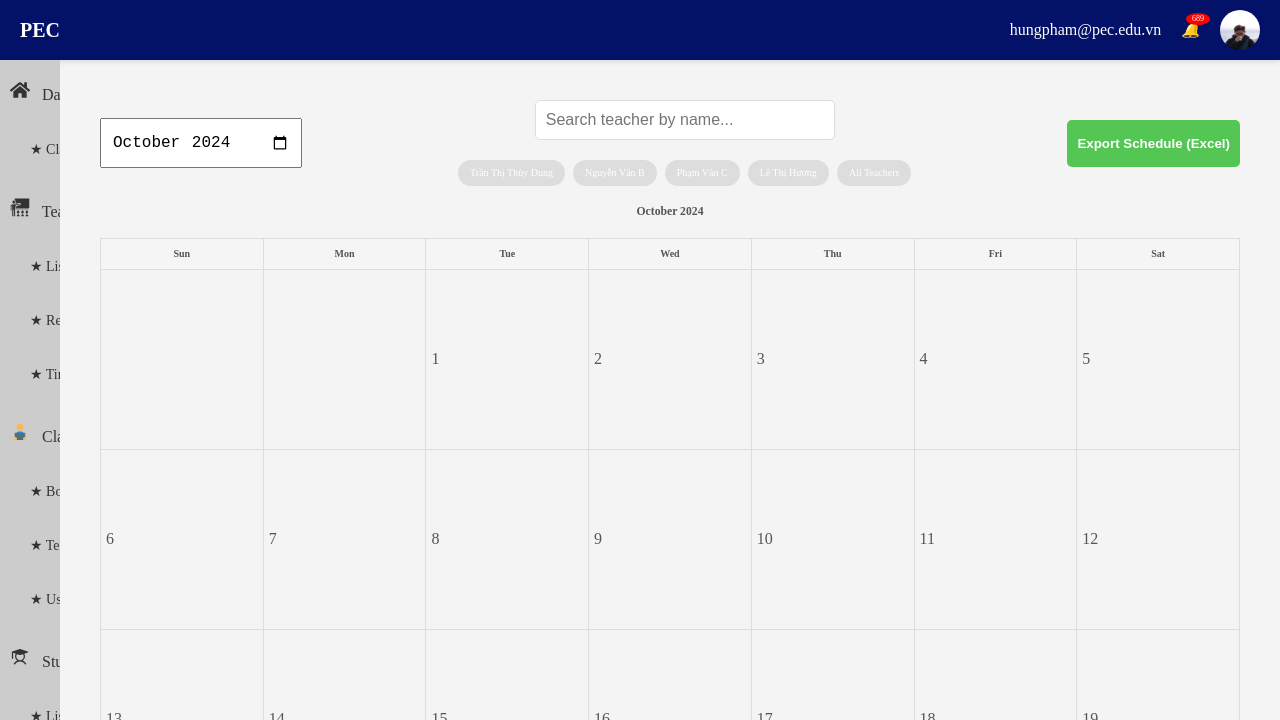
Repository: BitDanceLabels/Bumblebee_BDG
Page: /class-schedule
These files come from the project's save history. The page is drawn as it stood at one moment and after the next save; the edit follows.
The browser window is 1280 px wide. The pictures show the whole page.
An inner scrolling area shows only its first screen. The project was rebuilt for these pictures with package versions that can differ from the ones it lists, and the page was loaded fresh each time. Also part of the build but not shown: vite.config.js, src/components/Dashboard/ScheduleStyle.jsx, src/shared/functions.jsx, src/components/Dashboard/ScheduleComponent.jsx, src/components/modal/ClassBookingModal.jsx, src/components/modal/ClassUpdateBookingModal.jsx, src/components/Management/Booking.jsx, src/components/modal/CreateStudentModal.jsx and 25 more.

Above is the page before, as saved 2024-10-09 08:51:31.

### index.html
<!DOCTYPE html>
<html lang="en">
  <head>
    <meta charset="UTF-8" />
    <link rel="icon" type="image/png" href="./src/assets/main_logo.png" />
    <meta name="viewport" content="width=device-width, initial-scale=1.0" />
    <title>Power English CRM</title>
  </head>
  <body>
    <div id="root"></div>
    <script type="module" src="/src/main.jsx"></script>
  </body>
</html>

### src/main.jsx
import { StrictMode } from 'react'
import { createRoot } from 'react-dom/client'
import MainApp from './pages/MainApp.jsx'
import App from './App.jsx'
import './index.css'

createRoot(document.getElementById('root')).render(
  <StrictMode>
    <MainApp />
  </StrictMode>
)

### src/pages/MainApp.jsx
import React, { useState } from 'react'
import Header from '../components/General/Header'
import Navbar from '../components/General/Navbar'
import ScheduleComponent from '../components/Dashboard/ScheduleComponent'
import ClassScheduleMonthly from '../components/Dashboard/ClassScheduleMonthly'
import Booking from '../components/Management/Booking'
import ListOfStudent from '../components/Student/ListOfStudent'
import ListOfTeacher from '../components/Teacher/ListOfTeacher'
import { BrowserRouter as Router, Route, Routes } from 'react-router-dom'
import styled from 'styled-components'
import TeacherTabs from '../components/Teacher/TeacherTabs'
import StudentProfile from '../components/Student/StudentProfile'
import TeacherRegisterTimeTable from '../components/Teacher/TeacherRegisterTimeTable'
import TeacherTimeTable from '../components/Teacher/TeacherTimeTable'
import CourseInfo from '../components/Student/CourseInfo'
import TicketTabs from '../components/Management/TicketTabs'
import Users from '../components/Management/Users'

function MainApp() {
  const [isHovered, setIsHovered] = useState(false)

  return (
    <Router>
      <MainAppWrapper>
        <HeaderWrapper>
          <Header />
        </HeaderWrapper>
        <div className="main-layout">
          {/* Truyền setIsHovered để cập nhật trạng thái */}
          <NavbarWrapper
            onMouseEnter={() => setIsHovered(true)}
            onMouseLeave={() => setIsHovered(false)}
            isHovered={isHovered}
          >
            {/* Truyền trạng thái isHovered vào Navbar */}
            <Navbar isHovered={isHovered} />
          </NavbarWrapper>
          <ContentWrapper isHovered={isHovered}>
            <Routes>
              <Route path="/classes" element={<ScheduleComponent />} />
              <Route
                path="/class-schedule"
                element={<ClassScheduleMonthly />}
              />
              <Route path="/booking" element={<Booking />} />
              <Route path="/students" element={<ListOfStudent />} />
              <Route path="/teacher" element={<ListOfTeacher />} />
              <Route path="/teacher-profile" element={<TeacherTabs />} />
              <Route path="/student-profile" element={<StudentProfile />} />
              <Route path="/teacher-timetable" element={<TeacherTimeTable />} />
              <Route path="/course-info" element={<CourseInfo />} />
              <Route path="/ticket" element={<TicketTabs />} />
              <Route path="/users" element={<Users />} />
              <Route
                path="/teacher-register"
                element={<TeacherRegisterTimeTable />}
              />
              {/* Add more routes as needed */}
            </Routes>
          </ContentWrapper>
        </div>
      </MainAppWrapper>
    </Router>
  )
}

const MainAppWrapper = styled.main`
  width: 100%;
  display: flex;
  flex-direction: column;
  height: 100vh;

  .main-layout {
    display: flex;
    flex-grow: 1;
  }
`

const HeaderWrapper = styled.header`
  position: fixed;
  top: 0;
  width: 100%;
  z-index: 1000;
  background-color: white;
  box-shadow: 0 2px 5px rgba(0, 0, 0, 0.1);
`

const NavbarWrapper = styled.nav`
  position: fixed;
  top: 60px;
  left: 0;
  height: calc(100vh - 60px);
  width: ${({ isHovered }) => (isHovered ? '250px' : '60px')};
  background-color: #ccc;
  color: white;
  z-index: 1000;
  overflow-y: auto;
  overflow-x: hidden;
  transition: width 0.3s ease, transform 0.3s ease;

  &:hover {
    transform: translateX(0);
  }
`

const ContentWrapper = styled.div`
  margin-top: 60px;
  margin-left: ${({ isHovered }) =>
    isHovered ? '250px' : '60px'}; /* Thay đổi margin khi hover */
  padding: 20px;
  flex-grow: 1;
  background-color: #f4f4f4;
  min-height: 100%;
  overflow-y: auto;
  transition: margin-left 0.3s ease;
`

export default MainApp

### src/index.css
/*
--- 01 TYPOGRAPHY SYSTEM

- Font sizes (px)
10 / 12 / 14 / 16 / 18 / 20 / 24 / 30 / 36 / 44 / 52 / 62 / 74 / 86 / 98
h2: 3.6rem
h3: 2.4rem
p: 1.8rem

- Font weights
Default: 400
Medium: 500
Semi-bold: 600
Bold: 700

- Line heights
Default: 1
Small: 1.05
Medium: 1.2
Paragraph default: 1.6
Large: 1.8

- Letter spacing
-0.5px
0.75px


--- 05 SHADOWS

0 2.4rem 4.8rem rgba(0, 0, 0, 0.075);

--- 06 BORDER-RADIUS

Default: 9px
Medium: 11px

--- 07 WHITESPACE

- Spacing system (px)
2 / 4 / 8 / 12 / 16 / 24 / 32 / 48 / 64 / 80 / 96 / 128
*/

/* google font */
@import url('https://fonts.googleapis.com/css2?family=Rubik:wght@400;500;600;700&display=swap');
* {
  padding: 0;
  margin: 0;
  box-sizing: border-box;
}

html {
  /* font-size: 10px; */

  /* 10px / 16px = 0.625 = 62.5% */
  /* Percentage of user's browser font-size setting */
  font-size: 62.5%;
  overflow-x: hidden;

  /* Does NOT work on Safari */
  scroll-behavior: smooth;
}

body {
  font-family: 'Times New Roman', Times, serif;
  line-height: 1;
  font-weight: 400;
  color: #555;
  /* background-color: #f9f9f9; */
  background-color: #f1f3f5;

  /* Only works if there is nothing absolutely positioned in relation to body */
  overflow-x: hidden;
}

/**************************/
/* GENRAL REUSABLE COMPONENTS */
/**************************/

/* container */
.container {
  max-width: 1200px;
  margin: 0 auto;
  padding: 0 1.8rem;
}

@media screen and (min-width: 768px) {
  .container {
    padding: 0 3.4rem;
  }
}

@media screen and (min-width: 1400px) {
  .container {
    padding: 0 1rem;
  }
}

.grid {
  display: grid;
  column-gap: 6.4rem;
  row-gap: 9.6rem;

  /* margin-bottom: 9.6rem; */
}

.flex {
  display: flex;
  align-items: center;
}

/* .grid:last-child {
    margin-bottom: 0;
  } */

.grid:not(:last-child) {
  margin-bottom: 9.6rem;
}

.grid--2-cols {
  grid-template-columns: repeat(2, 1fr);
}

.grid--3-cols {
  grid-template-columns: repeat(3, 1fr);
}

.grid--4-cols {
  grid-template-columns: repeat(4, 1fr);
}

/* .grid--5-cols {
    grid-template-columns: repeat(5, 1fr);
  } */

.grid--center-v {
  align-items: center;
}

.white-space-large {
  margin-bottom: 12.8rem;
}

.white-space-medium {
  margin-bottom: 9.6rem;
}

.white-space-medium--top {
  margin-top: 9.6rem;
}

.white-space-small {
  margin-bottom: 6.4rem;
}

.white-space-small--top {
  margin-top: 6.4rem;
}

/* .heading-primary,
.heading-secondary,
.heading-tertiary {
  font-weight: 700;
  color: #333;
  letter-spacing: -0.5px;
}

.heading-primary {
  font-size: 5.2rem;
  line-height: 1.05;
  margin-bottom: 3.2rem;
}

.heading-secondary {
  font-size: 4.4rem;
  line-height: 1.2;
  margin-bottom: 9.6rem;
}

.heading-tertiary {
  font-size: 3rem;
  line-height: 1.2;
  margin-bottom: 3.2rem;
}

.subheading {
  display: block;
  font-size: 1.6rem;
  font-weight: 500;
  color: #1971c2;
  text-transform: uppercase;
  margin-bottom: 1.6rem;
  letter-spacing: 0.75px;
} */
/*
.btn,
.btn:link,
.btn:visited {
  display: inline-block;

  text-decoration: none;
  font-size: 2rem;
  font-weight: 600;
  padding: 1.6rem 3.2rem;
  border-radius: 9px;

  border: none;
  cursor: pointer;
  font-family: inherit;
  transition: all 0.3s;
}

.btn--full:link,
.btn--full:visited {
  background-color: #1971c2;
  color: #fff;
}

.btn--full:hover,
.btn--full:active {
  background-color: #1971c2;
}

.btn--outline:link,
.btn--outline:visited {
  background-color: #fff;
  color: #555;
}

.btn--outline:hover,
.btn--outline:active {
  background-color: #fdf2e9;
  box-shadow: inset 0 0 0 3px #fff;
}

.btn--form {
  background-color: #45260a;
  color: #fdf2e9;
  align-self: end;
  padding: 1.2rem;
}

.btn--form:hover {
  background-color: #fff;
  color: #555;
}
*/
/* .link:link,
.link:visited {
  display: inline-block;
  color: #1971c2;
  text-decoration: none;
  border-bottom: 1px solid currentColor;
  padding-bottom: 2px;
  transition: all 0.3s;
}

.link:hover,
.link:active {
  color: #1971c2;
  border-bottom: 1px solid transparent;
}

.list {
  list-style: none;
  display: flex;
  flex-direction: column;
  gap: 1.6rem;
}

.list-item {
  font-size: 1.8rem;
  display: flex;
  align-items: center;
  gap: 1.6rem;
  line-height: 1.2;
}

.list-icon {
  width: 3rem;
  height: 3rem;
  color: #1971c2;
} */

/**/
/* *:focus {
  outline: none;
  box-shadow: 0 0 0 0.3rem #1971c2;
} */

/* HELPER/SETTINGS CLASSES */
.margin-right-sm {
  margin-right: 1.6rem !important;
}

.margin-bottom-md {
  margin-bottom: 4.8rem !important;
}

.center-text {
  text-align: center;
}

strong {
  font-weight: 500;
}

### src/components/General/Header.jsx
import React, { useState, useEffect, useRef } from 'react'
import avt from '../../assets/avt.jpg'
import styled from 'styled-components'
import { CiSettings } from 'react-icons/ci'
import { FaUserCircle } from 'react-icons/fa'
import { MdDarkMode } from 'react-icons/md'
import { IoLogOutOutline } from 'react-icons/io5'

const Header = () => {
  const [isModalOpen, setIsModalOpen] = useState(false)
  const [isDarkMode, setIsDarkMode] = useState(false)
  const modalRef = useRef(null)

  const toggleModal = () => {
    setIsModalOpen(!isModalOpen)
  }

  const toggleDarkMode = () => {
    setIsDarkMode(!isDarkMode)
  }

  useEffect(() => {
    const handleClickOutside = (event) => {
      if (modalRef.current && !modalRef.current.contains(event.target)) {
        setIsModalOpen(false)
      }
    }

    document.addEventListener('mousedown', handleClickOutside)
    return () => {
      document.removeEventListener('mousedown', handleClickOutside)
    }
  }, [modalRef])

  return (
    <HeaderWrapper>
      <header className="header">
        <div className="header-left">
          <h1>PEC</h1>
        </div>
        <div className="header-right">
          <span className="account-email">hungpham@pec.edu.vn</span>
          <div className="notification">
            <i className="bell-icon">🔔</i>
            <span className="notification-count">689</span>
          </div>
          <img
            src={avt}
            alt="avatar"
            className="avatar"
            onClick={toggleModal}
          />
          {isModalOpen && (
            <div className="modal" ref={modalRef}>
              <ul>
                <li>
                  <SettingWrapper>
                    <CiSettings fontSize={20} />
                    <TextCustom>Account Settings</TextCustom>
                  </SettingWrapper>
                </li>
                <li>
                  <SettingWrapper>
                    <FaUserCircle fontSize={20} />
                    <TextCustom>Role: Admin</TextCustom>
                  </SettingWrapper>
                </li>
                <li>
                  <SettingWrapper>
                    <MdDarkMode fontSize={20} />
                    <TextCustom>Mode</TextCustom>
                    <ToggleSwitch>
                      <input
                        type="checkbox"
                        checked={isDarkMode}
                        onChange={toggleDarkMode}
                      />
                      <Slider />
                    </ToggleSwitch>
                  </SettingWrapper>
                </li>
                <li>
                  <SettingWrapper>
                    <IoLogOutOutline fontSize={20} />
                    <TextCustom>Logout</TextCustom>
                  </SettingWrapper>
                </li>
              </ul>
            </div>
          )}
        </div>
      </header>
    </HeaderWrapper>
  )
}

const HeaderWrapper = styled.header`
  .header {
    background-color: #041168;
    color: white;
    display: flex;
    justify-content: space-between;
    align-items: center;
    padding: 10px 20px;
  }

  .header-left h1 {
    margin: 0;
    font-size: 2rem;
  }

  .header-right {
    display: flex;
    align-items: center;
    position: relative;
  }

  .account-email {
    margin-right: 20px;
    font-size: 1.6rem;
  }

  .notification {
    position: relative;
    margin-right: 20px;
  }

  .bell-icon {
    font-size: 1.5em;
    cursor: pointer;
  }

  .notification-count {
    position: absolute;
    top: -10px;
    right: -10px;
    background-color: red;
    color: white;
    border-radius: 50%;
    padding: 2px 6px;
    font-size: 0.8em;
  }

  .avatar {
    width: 40px;
    height: 40px;
    border-radius: 50%;
    cursor: pointer;
  }

  .modal {
    position: absolute;
    top: 50px;
    right: 0;
    background-color: white;
    color: black;
    box-shadow: 0 4px 8px rgba(0, 0, 0, 0.1);
    border-radius: 5px;
    padding: 10px;
    z-index: 10;
    font-size: 16px;

    ul {
      list-style: none;
      margin: 0;
      padding: 0;
    }

    li {
      padding: 10px 20px;
      cursor: pointer;
      border-bottom: 1px solid #ccc;

      &:hover {
        background-color: #f0f0f0;
      }
    }
  }
`

const SettingWrapper = styled.div`
  display: flex;
  align-items: center;
`

const TextCustom = styled.span`
  margin-left: 10px;
`

const ToggleSwitch = styled.label`
  position: relative;
  display: inline-block;
  width: 40px;
  height: 20px;
  margin-left: 10px;

  input {
    opacity: 0;
    width: 0;
    height: 0;
  }
`

const Slider = styled.span`
  position: absolute;
  cursor: pointer;
  top: 0;
  left: 0;
  right: 0;
  bottom: 0;
  background-color: #ccc;
  transition: 0.4s;
  border-radius: 34px;

  &:before {
    position: absolute;
    content: '';
    height: 16px;
    width: 16px;
    left: 4px;
    bottom: 2px;
    background-color: white;
    transition: 0.4s;
    border-radius: 50%;
  }

  input:checked + & {
    background-color: #2d2e83;
  }

  input:checked + &:before {
    transform: translateX(20px);
  }
`

export default Header

### src/components/General/Navbar.jsx
import React, { useState } from 'react'
import styled from 'styled-components'
import { FaHome } from 'react-icons/fa'
import { GiTeacher } from 'react-icons/gi'
import { FcReadingEbook } from 'react-icons/fc'
import { Link } from 'react-router-dom'
import { PiStudentFill } from 'react-icons/pi'

const Navbar = () => {
  const [activeItem, setActiveItem] = useState('dashboard')

  const handleItemClick = (item) => {
    setActiveItem(item)
  }

  return (
    <NavbarWrapper>
      <nav className="navbar">
        <ul>
          <li onClick={() => handleItemClick('classes')}>
            <Link to="/classes">
              <FaHome style={{ marginRight: '8px', fontSize: '20px' }} />{' '}
              Dashboard
            </Link>
          </li>

          {/* Submenu for Classes per day */}
          <ul className="sub-menu">
            <li
              className={activeItem === 'classes' ? 'active' : ''}
              onClick={() => handleItemClick('classes')}
            >
              <Link to="/classes">★ Classes schedule</Link>
            </li>
          </ul>

          <li onClick={() => handleItemClick('teacher')}>
            <Link to="/teacher">
              <GiTeacher style={{ marginRight: '8px', fontSize: '20px' }} />{' '}
              Teacher
            </Link>
          </li>

          {/* Submenu for List Of Teacher */}
          <ul className="sub-menu">
            <li
              className={activeItem === 'teacher' ? 'active' : ''}
              onClick={() => handleItemClick('teacher')}
            >
              <Link to="/teacher">★ List Of Teacher</Link>
            </li>

            <li
              className={activeItem === 'teacher-register' ? 'active' : ''}
              onClick={() => handleItemClick('teacher-register')}
            >
              <Link to="/teacher-register">★ Register Time Table</Link>
            </li>

            <li
              className={activeItem === 'teacher-timetable' ? 'active' : ''}
              onClick={() => handleItemClick('teacher-timetable')}
            >
              <Link to="/teacher-timetable">★ Time Table</Link>
            </li>
          </ul>

          <li onClick={() => handleItemClick('booking')}>
            <Link to="/booking">
              <FcReadingEbook
                style={{ marginRight: '8px', fontSize: '20px' }}
              />{' '}
              Class Manager
            </Link>
          </li>

          {/* Submenu for Booking */}
          <ul className="sub-menu">
            <li
              className={activeItem === 'booking' ? 'active' : ''}
              onClick={() => handleItemClick('booking')}
            >
              <Link to="/booking">★ Booking</Link>
            </li>

            <li
              className={activeItem === 'ticket' ? 'active' : ''}
              onClick={() => handleItemClick('ticket')}
            >
              <Link to="/ticket">★ Teacher Ticket</Link>
            </li>

            <li
              className={activeItem === 'users' ? 'active' : ''}
              onClick={() => handleItemClick('users')}
            >
              <Link to="/users">★ Users</Link>
            </li>
          </ul>

          <li onClick={() => handleItemClick('listOfStudent')}>
            <Link to="/students">
              <PiStudentFill style={{ marginRight: '8px', fontSize: '20px' }} />{' '}
              Student
            </Link>
          </li>

          {/* Submenu for List Of Students */}
          <ul className="sub-menu">
            <li
              className={activeItem === 'listOfStudent' ? 'active' : ''}
              onClick={() => handleItemClick('listOfStudent')}
            >
              <Link to="/students">★ List Of Students</Link>
            </li>
          </ul>
        </ul>
      </nav>
    </NavbarWrapper>
  )
}

const NavbarWrapper = styled.nav`
  width: 14%;
  .navbar {
    width: 250px;
    background-color: #ccc;
    color: white;
    max-height: 100vh;
    overflow-y: auto;
    overflow-x: hidden;
  }

  .navbar ul {
    list-style-type: none;
    padding: 0;
    margin: 0;
  }

  .navbar li {
    cursor: pointer;
    color: white;
    width: 100%;
  }

  .navbar li a {
    width: 100%;
    color: #333;
    font-weight: 500;
    font-size: 16px;
    display: inline-block;
    transition: transform 0.3s ease;
    text-decoration: none;
    padding: 20px 10px;
  }

  .navbar li:hover a {
    transform: scale(1.2);
    transform-origin: left;
  }

  .navbar li.active {
    background-color: #feed01;
  }

  /* Submenu styles */
  .sub-menu {
    list-style-type: none;
    padding-left: 20px;
  }

  .sub-menu li {
  }

  .sub-menu li a {
    font-size: 14px;
    width: 100%;
    padding-left: 32px;
    padding: 20px 30px;
  }
`

export default Navbar

Loaded but not shown: src/components/Dashboard/ClassScheduleMonthly.jsx (236 lines, source omitted)

After the next save:
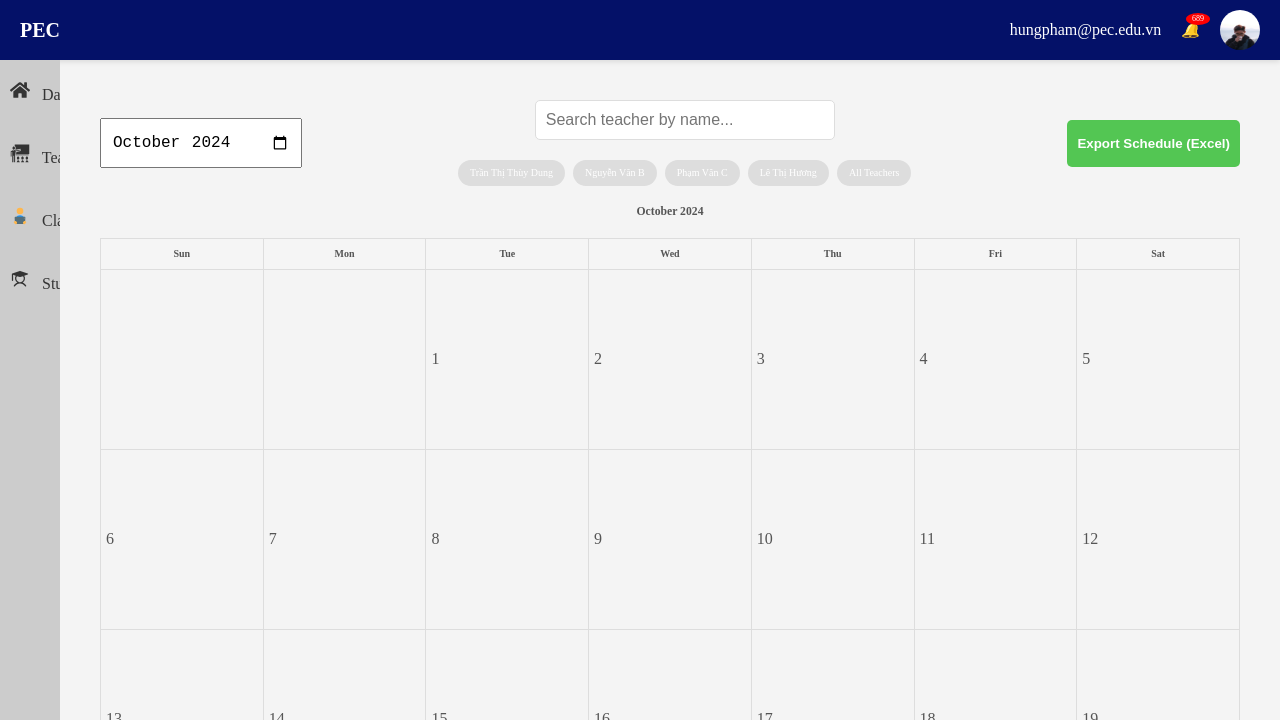
Saved 2 min 42 s later.
--- a/src/components/General/Navbar.jsx
+++ b/src/components/General/Navbar.jsx
@@ -6,7 +6,7 @@ import { FcReadingEbook } from 'react-icons/fc'
 import { Link } from 'react-router-dom'
 import { PiStudentFill } from 'react-icons/pi'
 
-const Navbar = () => {
+const Navbar = ({ isHovered }) => {
   const [activeItem, setActiveItem] = useState('dashboard')
 
   const handleItemClick = (item) => {
@@ -25,7 +25,7 @@ const Navbar = () => {
           </li>
 
           {/* Submenu for Classes per day */}
-          <ul className="sub-menu">
+          <ul className={`sub-menu ${isHovered ? 'show' : 'hide'}`}>
             <li
               className={activeItem === 'classes' ? 'active' : ''}
               onClick={() => handleItemClick('classes')}
@@ -42,7 +42,7 @@ const Navbar = () => {
           </li>
 
           {/* Submenu for List Of Teacher */}
-          <ul className="sub-menu">
+          <ul className={`sub-menu ${isHovered ? 'show' : 'hide'}`}>
             <li
               className={activeItem === 'teacher' ? 'active' : ''}
               onClick={() => handleItemClick('teacher')}
@@ -75,7 +75,7 @@ const Navbar = () => {
           </li>
 
           {/* Submenu for Booking */}
-          <ul className="sub-menu">
+          <ul className={`sub-menu ${isHovered ? 'show' : 'hide'}`}>
             <li
               className={activeItem === 'booking' ? 'active' : ''}
               onClick={() => handleItemClick('booking')}
@@ -106,7 +106,7 @@ const Navbar = () => {
           </li>
 
           {/* Submenu for List Of Students */}
-          <ul className="sub-menu">
+          <ul className={`sub-menu ${isHovered ? 'show' : 'hide'}`}>
             <li
               className={activeItem === 'listOfStudent' ? 'active' : ''}
               onClick={() => handleItemClick('listOfStudent')}
@@ -167,6 +167,16 @@ const NavbarWrapper = styled.nav`
   .sub-menu {
     list-style-type: none;
     padding-left: 20px;
+    transition: max-height 0.3s ease;
+    overflow: hidden;
+  }
+
+  .sub-menu.hide {
+    max-height: 0;
+  }
+
+  .sub-menu.show {
+    max-height: 500px; /* Adjust the height depending on your needs */
   }
 
   .sub-menu li {
